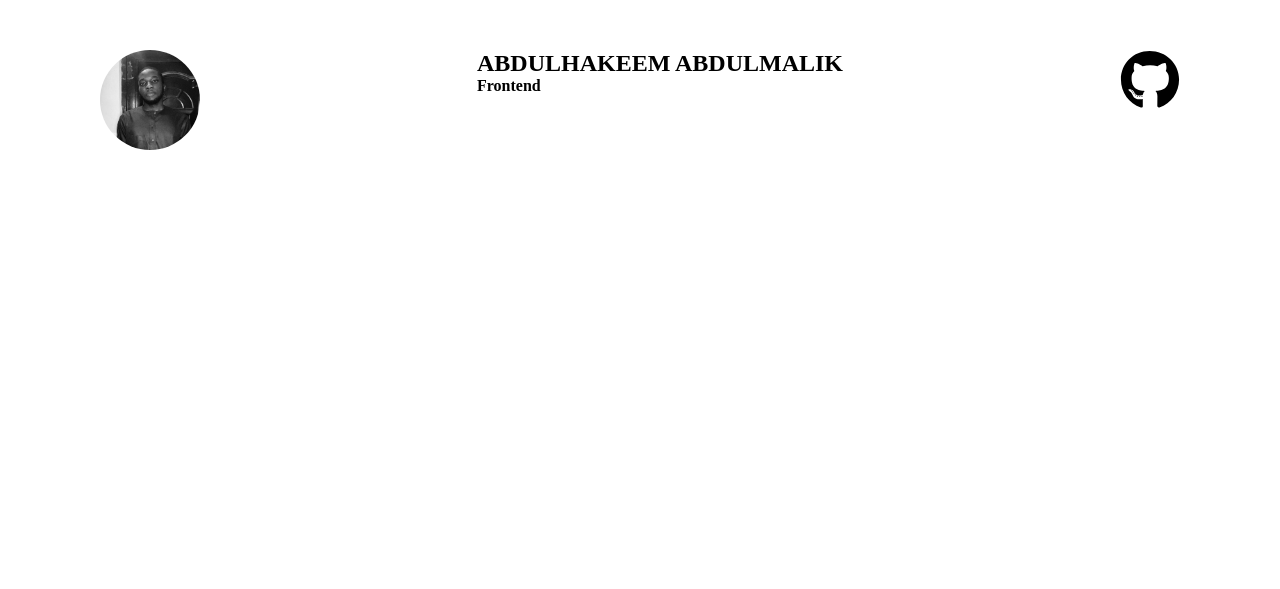
Repository: malikhakeem/HNG-TASK
Page: HNG-TASK1.html
The author's editor kept a copy of each file at every save. The page is drawn from the files as they stood at one save, then again after the next save.
The browser window is 1280 px wide. The pictures show the whole page.

Above is the page before, as saved 2023-09-08 21:44:01.

After the next save:
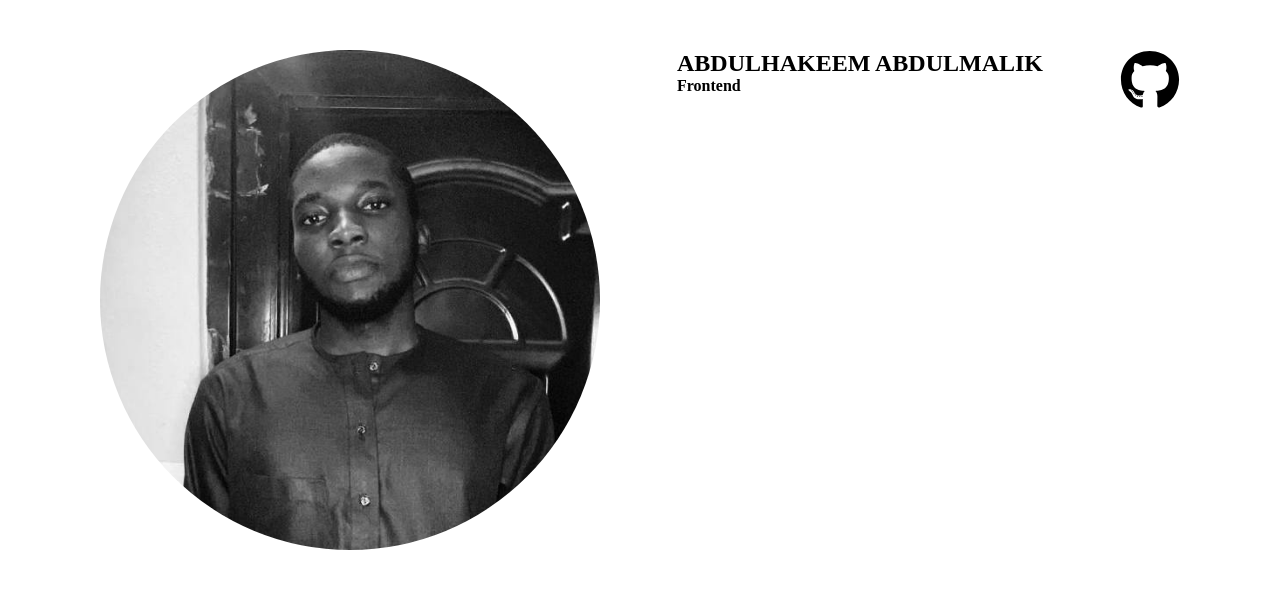
Saved 10 s later.
--- a/HNG-TASK!.css
+++ b/HNG-TASK!.css
@@ -5,8 +5,8 @@
 }
 
 .profile-pic{
-    width:100px;
-    height:100px;
+    width:500px;
+    height:500px;
     border-radius: 50%;
 }
 .nav{
